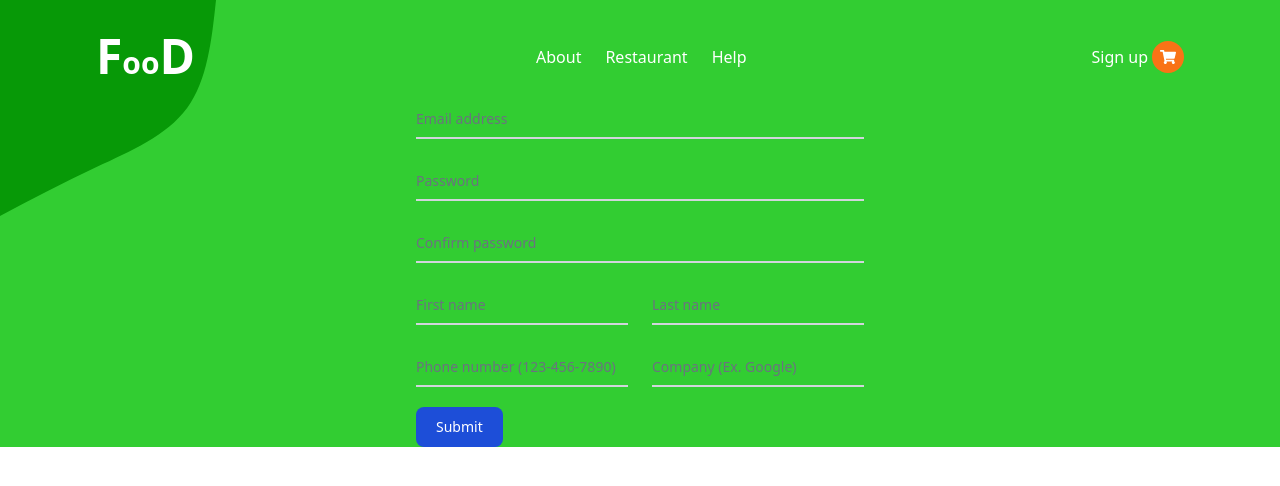
Repository: KhushiCode14/FoodWeb
Page: /signUp (app in frontend/)
An editor plug-in stored every save of this project. The page is shown before and after the next save, followed by the edit.
The browser window is 1280 px wide. The pictures show the whole page.
The project was rebuilt for these pictures with package versions that can differ from the ones it lists, and the page was loaded fresh each time. Also part of the build but not shown: frontend/src/Pages/Home.tsx, frontend/src/components/Home/SignIn.tsx, frontend/src/components/Home/Cart.tsx.

Above is the page before, as saved 2024-09-20 19:54:09.

After the next save:
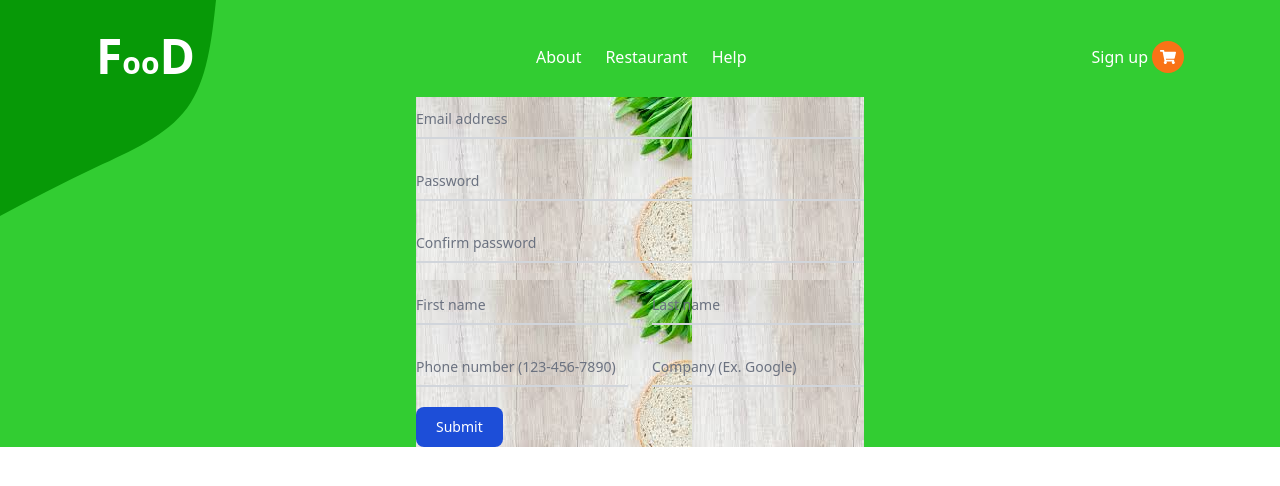
Saved 6 s later.
--- a/frontend/src/components/Home/SignUp.tsx
+++ b/frontend/src/components/Home/SignUp.tsx
@@ -22,7 +22,7 @@
   };
 
   return (
-    <form className="max-w-md mx-auto  bg-bgSignUp" onSubmit={handleSubmit} >
+    <form className="max-w-md mx-auto  bgSignUp" onSubmit={handleSubmit} >
       <div className="relative z-0 w-full mb-5 group">
         <input
           type="email"

After the save that followed:
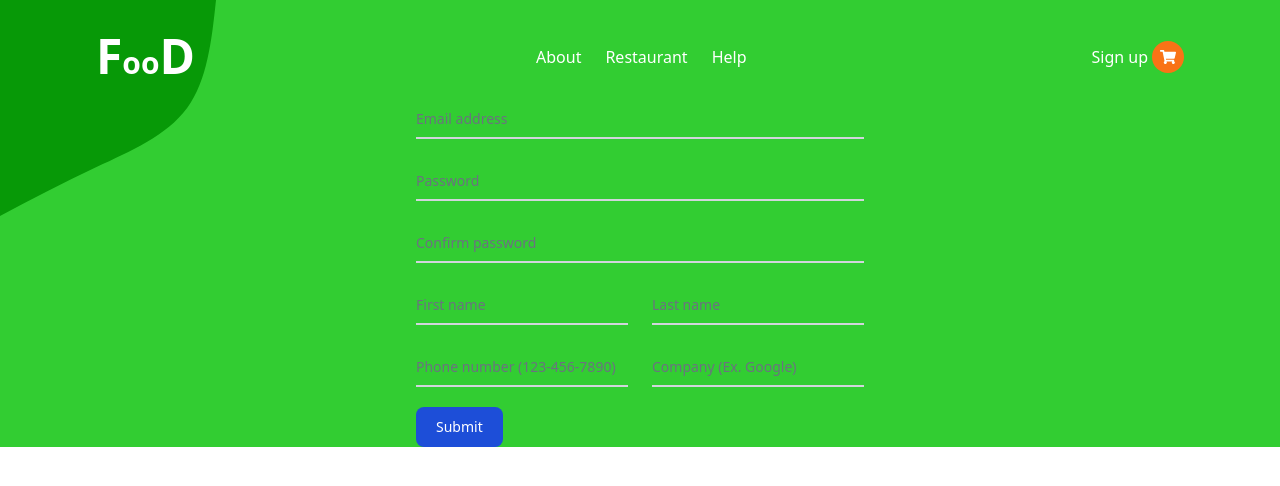
Saved 19 s later.
--- a/frontend/src/components/Home/SignUp.tsx
+++ b/frontend/src/components/Home/SignUp.tsx
@@ -22,7 +22,7 @@
   };
 
   return (
-    <form className="max-w-md mx-auto  bgSignUp" onSubmit={handleSubmit} >
+    <form className="max-w-md mx-auto  " onSubmit={handleSubmit} >
       <div className="relative z-0 w-full mb-5 group">
         <input
           type="email"
